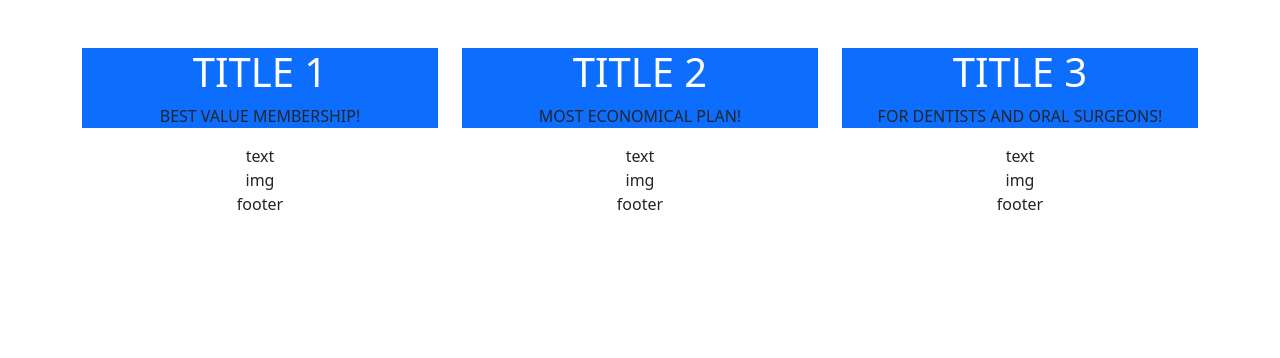
Repository: jorgi710/Prueba-Bootstrap
Page: /
An editor plug-in stored every save of this project. The page is shown before and after the next save, followed by the edit.
The browser window is 1280 px wide. The pictures show the whole page.
The project was rebuilt for these pictures with package versions that can differ from the ones it lists, and the page was loaded fresh each time. Also part of the build but not shown: src/App.css.

Above is the page before, as saved 2021-03-30 10:32:24.

### src/index.js
import React from 'react';
import ReactDOM from 'react-dom';
import App from './App';
import 'bootstrap/dist/css/bootstrap.min.css';


ReactDOM.render(
  <React.StrictMode>
    <App />
  </React.StrictMode>,
  document.getElementById('root')
);

### src/App.js
import './App.css';
import Header from './components/Header';

function App() {
  return (
    <div className=" container mt-5 text-center">
      <div className="row">
        <div className="col-4">
          <Header
            title_header = "TITLE 1"
            parrafo_header = "BEST VALUE MEMBERSHIP!"
          />
        </div>
        <div className="col-4">
        <Header
          title_header = "TITLE 2"
          parrafo_header = "MOST ECONOMICAL PLAN!"
        />
        </div>
        <div className="col-4">
        <Header
          title_header = "TITLE 3"
          parrafo_header = "FOR DENTISTS AND ORAL SURGEONS!"
        />
        </div>
      </div>
    </div>
  );
}

export default App;

### src/components/Header.jsx
import React from 'react'

const Header = ({title_header, parrafo_header}) => {
    return (
        <>
            <div className="bg-primary">
                <div>
                <h1 className="text-white">{title_header}</h1>
                <p>{parrafo_header}</p>
                </div>

                <div></div>
            </div>
            <div>text</div>
            <div>img</div>
            <div>footer</div>
        </>
    )
}

export default Header

Loaded but not shown: public/index.html (common file); src/App.css (no copy from this time; the picture is the same without it)

After the next save:
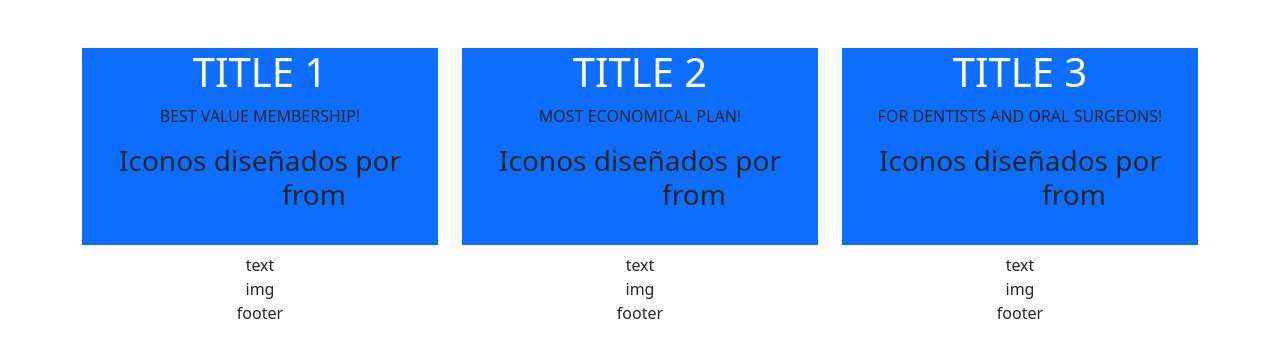
Saved 102 s later.
--- a/src/components/Header.jsx
+++ b/src/components/Header.jsx
@@ -8,8 +8,9 @@ const Header = ({title_header, parrafo_header}) => {
                 <h1 className="text-white">{title_header}</h1>
                 <p>{parrafo_header}</p>
                 </div>
-
-                <div></div>
+                <div>
+                    <h3><div>Iconos diseñados por <a href="https://www.flaticon.es/autores/eucalyp" title="Eucalyp">Eucalyp</a> from <a href="https://www.flaticon.es/" title="Flaticon">www.flaticon.es</a></div></h3>
+                </div>
             </div>
             <div>text</div>
             <div>img</div>
